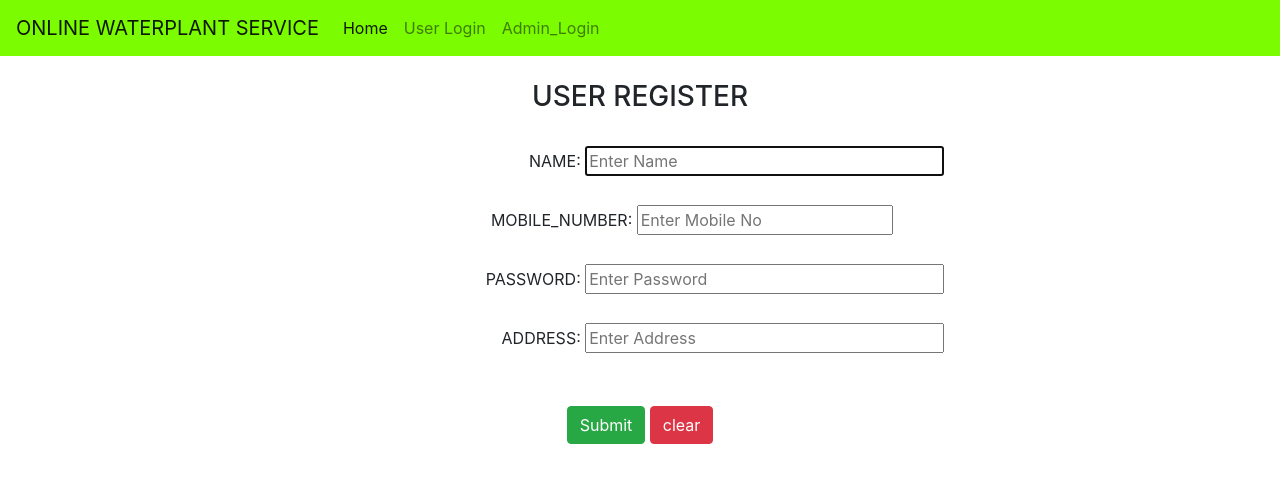
Repository: SHARMILAG97/WebApplication
Page: http://localhost/waterplant_web/userregister.jsp
These files come from the project's save history. The page is drawn as it stood at one moment and after the next save; the edit follows.
The browser window is 1280 px wide. The pictures show the whole page.
The page is served by Tomcat 9. Other server files are loaded and not shown.

Above is the page before, as saved 2019-09-18 09:41:20.
Console error: TypeError: Cannot read properties of undefined (reading 'fn')

### waterplant_web/src/main/webapp/userregister.jsp
<%@ page language="java" contentType="text/html; charset=ISO-8859-1"
    pageEncoding="ISO-8859-1"%>
<!DOCTYPE html>
<html>
<head>
<meta charset="ISO-8859-1">
<title>UserRegister</title>
<link rel="stylesheet" href="css/bootstrap.min.css">
<script src="js/bootstrap.min.js"></script>
<script src="js/jquery-3.4.1.min.js"></script>


<style type="text/css">
   label{
  width: 245px;
  display: inline-block;
  text-align: right;
   }
</style>



</head>


<body style="text-align:center">

<jsp:include page="headers.jsp"></jsp:include>
<%
String message = request.getParameter("message");
if (message != null){
	out.println("<font color='red'>" + message + "</font>");
}
%>

<script>

function register() {
    //alert('register');
    event.preventDefault();
    var name = document.getElementById("name").value;
    var mobileno = document.getElementById("mobileno").value;
    var password = document.getElementById("password").value;
    var address = document.getElementById("address").value;
    var formData = "name="+name+ "&mobileno=" + mobileno + "&password=" + password+ "&address="+address;
    console.log(formData);

    var url = "http://localhost:8080/waterplant_web/RegisterServlet?" + formData;
    console.log(url);
    var formData = {};
    $.get(url, function(response) {
        console.log(response);
        alert(response);
        var msg=JSON.parse(response);
       // alert(msg.errorMessage);
        if (msg.errorMessage!=null) {
            alert("Invalid Values");
            window.location.href = "userregister.jsp";
        } else {
            alert("successful Register");
            window.location.href = "userlogin.jsp";
        }
    });
}


</script>
<br/><h3>USER REGISTER</h3><br/>

<form onsubmit="register()">
<label>NAME:</label>
<input type="text" name="name" id="name" size=30 placeholder="Enter Name" required autofocus/>
<br/></br>

<label>MOBILE_NUMBER:</label>
<input type="number" name="mobileno" id="mobileno" size=30 placeholder="Enter Mobile No" required />
<br/></br>

<label>PASSWORD:</label>
<!--<input type="password" name="password" id="password" placeholder="Enter Password" required />  -->
<input type="password" name="password" id="password" size=30 placeholder="Enter Password" required
 pattern="(?=.*\d)(?=.*[a-z])(?=.*[A-Z]).{8,}"
 title="Must contain at least one number and one uppercase and lowercase letter, and at least 8 or more characters required "/>
<br/></br>
<label>ADDRESS:</label>
<input type="text" name="address" id="address" size=30 placeholder="Enter Address" required />
<br/></br><br/>
<input type="submit" value="Submit" class="btn btn-success">
<button type="reset" class="btn btn-danger" value="clear">clear</button>
</form>

</body>
</html>

### waterplant_web/src/main/webapp/headers.jsp

<nav class="navbar navbar-expand-md navbar-light" style="background-color: #7CFC00;">
 <a class="navbar-brand" href="index.jsp">ONLINE WATERPLANT SERVICE</a>
 <button class="navbar-toggler" type="button" data-toggle="collapse" data-target="#navbarCollapse" aria-controls="navbarCollapse" aria-expanded="false" aria-label="Toggle navigation">
   <span class="navbar-toggler-icon"></span>
 </button>
 <div class="collapse navbar-collapse" id="navbarCollapse">
   <ul class="navbar-nav mr-auto">
     <li class="nav-item active">
       <a class="nav-link" href="index.jsp">Home</a>
     </li>

     <li class="nav-item">
       <a class="nav-link " href="userlogin.jsp">User Login</a>
     </li>
     <li class="nav-item">
       <a class="nav-link " href="adminlogin.jsp">Admin_Login</a>
     </li>


   </ul>
 <!--   <form class="form-inline mt-2 mt-md-0">
   <input class="form-control mr-sm-2" type="text" placeholder="Search" aria-label="Search">
     <button class="btn btn-outline-success my-2 my-sm-0" type="submit">Search</button>
   </form>-->
 </div>
</nav>

Loaded but not shown: waterplant_web/src/main/webapp/css/bootstrap.min.css (library); waterplant_web/src/main/webapp/js/bootstrap.min.js (library); waterplant_web/src/main/webapp/js/jquery-3.4.1.min.js (library)

After the next save:
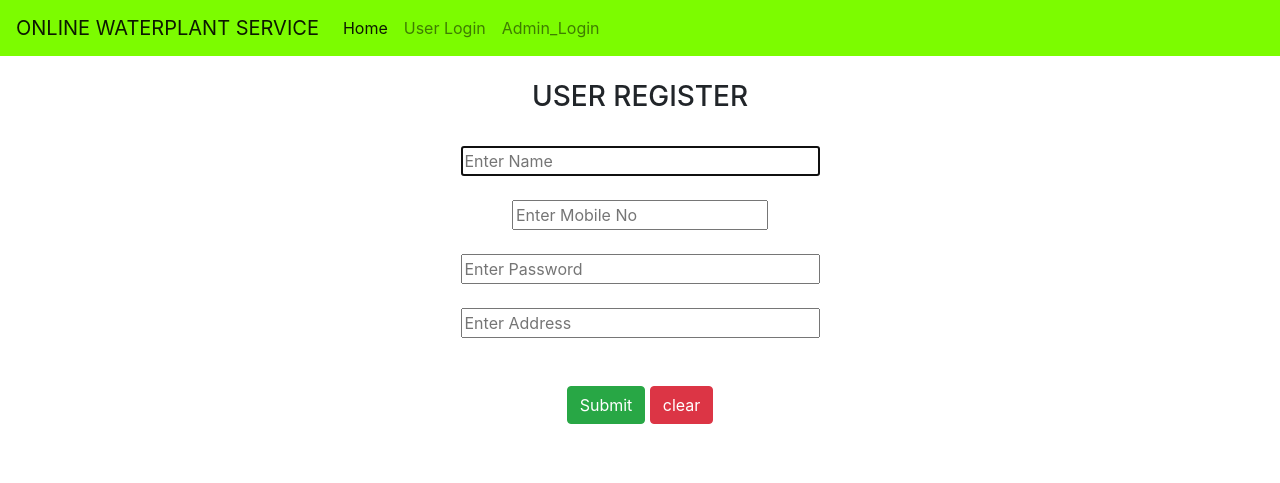
Saved 79 s later.
--- a/waterplant_web/src/main/webapp/userregister.jsp
+++ b/waterplant_web/src/main/webapp/userregister.jsp
@@ -8,17 +8,6 @@
 <link rel="stylesheet" href="css/bootstrap.min.css">
 <script src="js/bootstrap.min.js"></script>
 <script src="js/jquery-3.4.1.min.js"></script>
-
-
-<style type="text/css">
-   label{
-  width: 245px;
-  display: inline-block;
-  text-align: right;
-   }
-</style>
-
-
 
 </head>
 
@@ -68,21 +57,21 @@ function register() {
 <br/><h3>USER REGISTER</h3><br/>
 
 <form onsubmit="register()">
-<label>NAME:</label>
+
 <input type="text" name="name" id="name" size=30 placeholder="Enter Name" required autofocus/>
 <br/></br>
 
-<label>MOBILE_NUMBER:</label>
+
 <input type="number" name="mobileno" id="mobileno" size=30 placeholder="Enter Mobile No" required />
 <br/></br>
 
-<label>PASSWORD:</label>
+
 <!--<input type="password" name="password" id="password" placeholder="Enter Password" required />  -->
 <input type="password" name="password" id="password" size=30 placeholder="Enter Password" required
  pattern="(?=.*\d)(?=.*[a-z])(?=.*[A-Z]).{8,}"
  title="Must contain at least one number and one uppercase and lowercase letter, and at least 8 or more characters required "/>
 <br/></br>
-<label>ADDRESS:</label>
+
 <input type="text" name="address" id="address" size=30 placeholder="Enter Address" required />
 <br/></br><br/>
 <input type="submit" value="Submit" class="btn btn-success">
